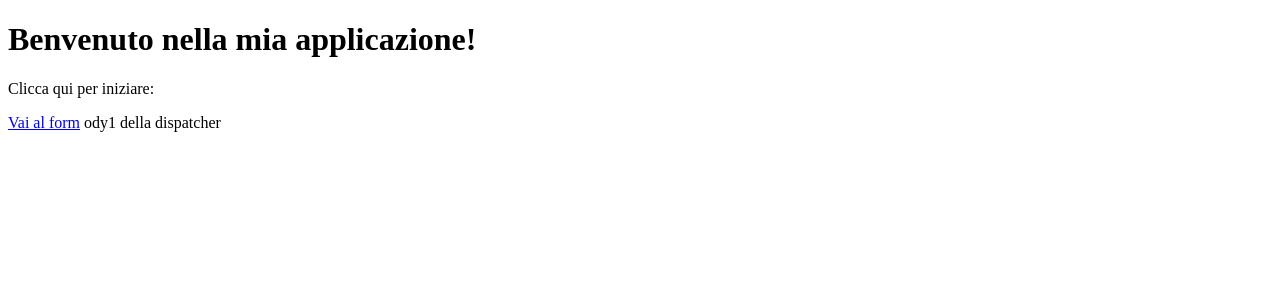
Repository: PcarloP/java_se
Page: http://localhost/anagraficaweb/jsp/home.jsp
These files come from the project's save history. The page is drawn as it stood at one moment and after the next save; the edit follows.
The browser window is 1280 px wide. The pictures show the whole page.
The page is served by Tomcat 10.

Above is the page before, as saved 2025-06-22 10:42:43.

After the next save:
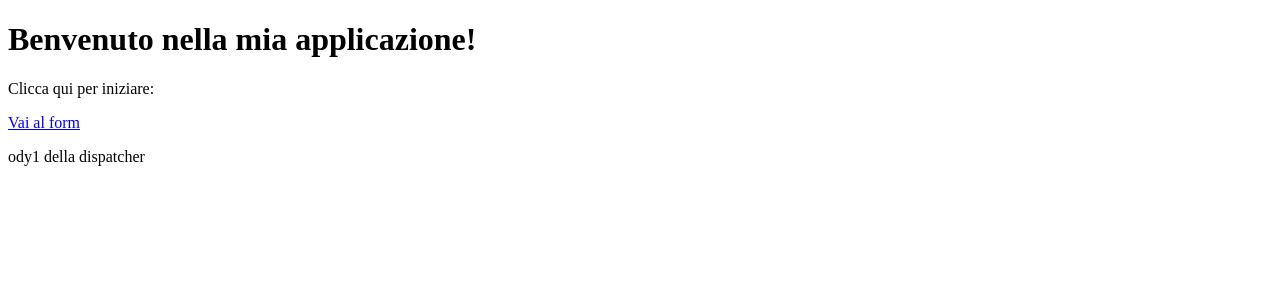
Saved 9 min 12 s later.
--- a/anagraficaweb/WebContent/jsp/home.jsp
+++ b/anagraficaweb/WebContent/jsp/home.jsp
@@ -14,4 +14,4 @@
 
 </body>
 </html>
-ody1 della dispatcher</p>
+<p>ody1 della dispatcher</p>
